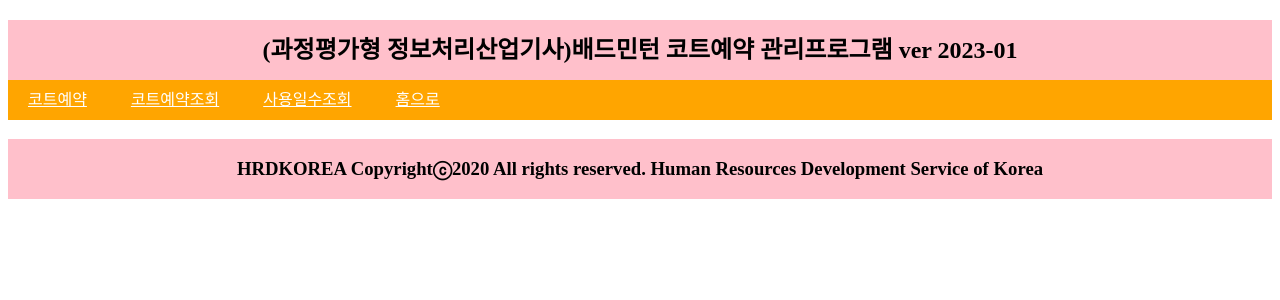
Repository: s25-30420/shopping
Page: http://localhost/shop/
The author's editor kept a copy of each file at every save. The page is drawn from the files as they stood at one save, then again after the next save.
The browser window is 1280 px wide. The pictures show the whole page.
The page is served by Tomcat 9.

Above is the page before, as saved 2025-09-01 00:52:37.

After the next save:
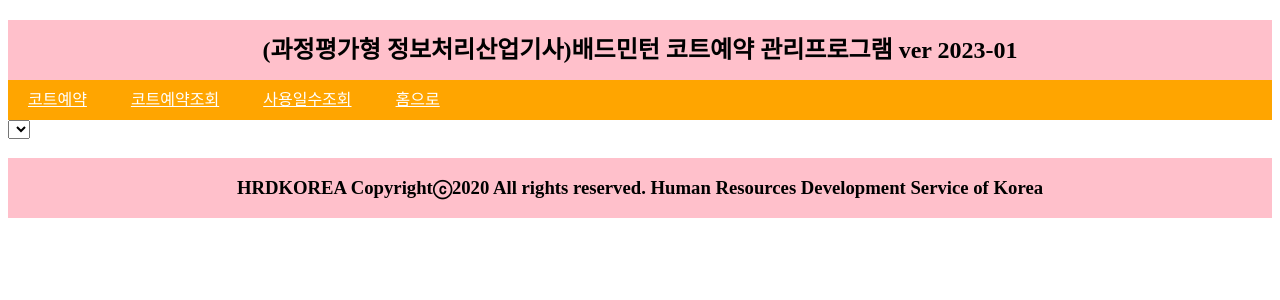
Saved 11 s later.
--- a/shop/src/main/webapp/index.jsp
+++ b/shop/src/main/webapp/index.jsp
@@ -9,7 +9,9 @@
 <body>
 <jsp:include page="header.jsp"></jsp:include>
 <jsp:include page="nav.jsp"></jsp:include>
+<select>
 
+</select>
 <jsp:include page="footer.jsp"></jsp:include>
 </body>
 </html>

After the save that followed:
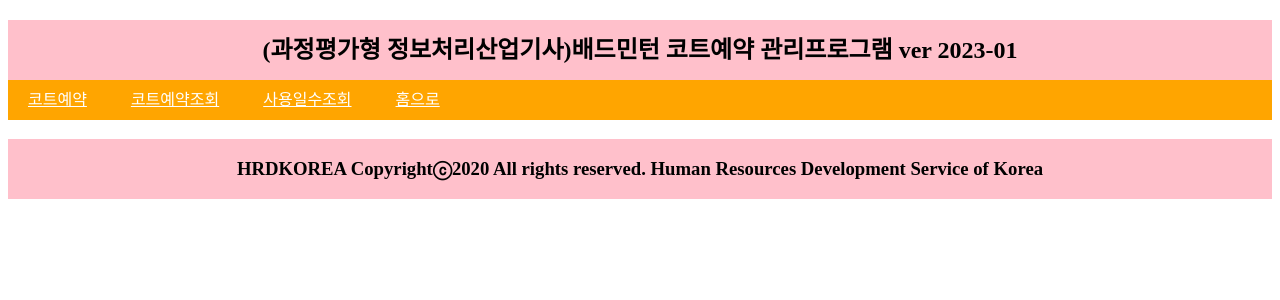
Saved 36 s later.
--- a/shop/src/main/webapp/index.jsp
+++ b/shop/src/main/webapp/index.jsp
@@ -9,9 +9,7 @@
 <body>
 <jsp:include page="header.jsp"></jsp:include>
 <jsp:include page="nav.jsp"></jsp:include>
-<select>
-
-</select>
+<section></section>
 <jsp:include page="footer.jsp"></jsp:include>
 </body>
 </html>
